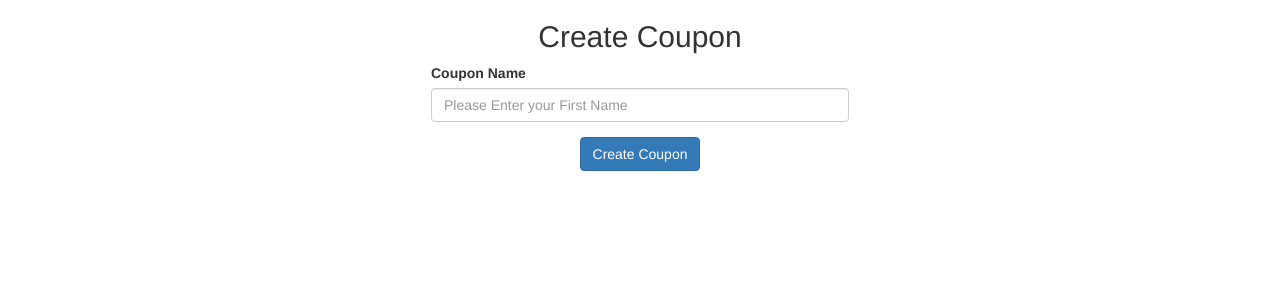
Repository: krutishilp/Sample
Page: http://localhost/couponandproductproject/findCoupon.jsp
An editor plug-in stored every save of this project. The page is shown before and after the next save, followed by the edit.
The browser window is 1280 px wide. The pictures show the whole page.
The page is served by Tomcat 9. Other server files are loaded and not shown.

Above is the page before, as saved 2020-09-04 06:33:50.

### JAVA-Eclipse-workspace/couponandproductproject/src/main/webapp/findCoupon.jsp
<!DOCTYPE html>
<html>
<head>
<meta charset="ISO-8859-1">
<title>Create Coupon</title>
<link rel="stylesheet"
	href="https://maxcdn.bootstrapcdn.com/bootstrap/3.3.7/css/bootstrap.min.css"
	integrity="sha384-BVYiiSIFeK1dGmJRAkycuHAHRg32OmUcww7on3RYdg4Va+PmSTsz/K68vbdEjh4u"
	crossorigin="anonymous">
<style type="text/css">
.container {
	width: 35%;
	align-content: center;
}
</style>

</head>
<body>
	<div class="container">

		<form action="coupon" method="post">
			<h2 class="text-center">Create Coupon</h2>

			<div class="form-group">
				<label for="couponname">Coupon Name</label> <input type="text"
					class="form-control" name="couponName" id="couponname" required
					placeholder="Please Enter your First Name">
			</div>
			<div class="form-group">
				<input type="hidden"
					class="form-control" name="action" value="findCoupon" required>
			</div>
			<div class="text-center">
				<input type="submit" class="btn btn-primary"
					value="Create Coupon">
			</div>
		</form>
	</div>

</body>
</html>

After the next save:
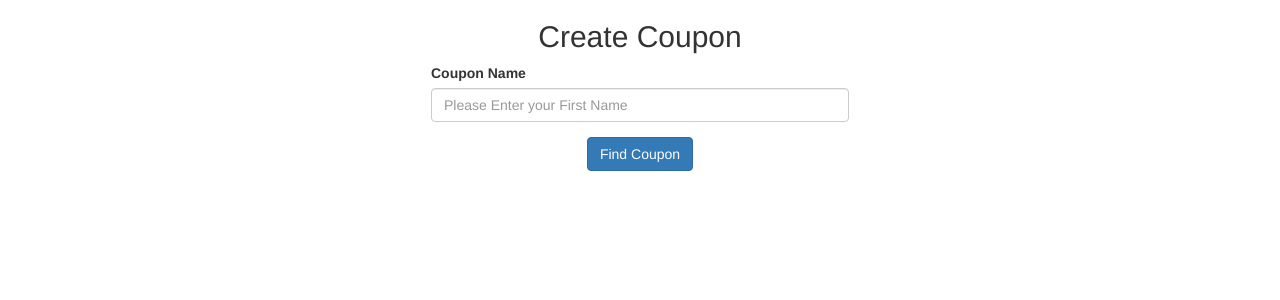
Saved 13 s later.
--- a/JAVA-Eclipse-workspace/couponandproductproject/src/main/webapp/findCoupon.jsp
+++ b/JAVA-Eclipse-workspace/couponandproductproject/src/main/webapp/findCoupon.jsp
@@ -32,7 +32,7 @@
 			</div>
 			<div class="text-center">
 				<input type="submit" class="btn btn-primary"
-					value="Create Coupon">
+					value="Find Coupon">
 			</div>
 		</form>
 	</div>
